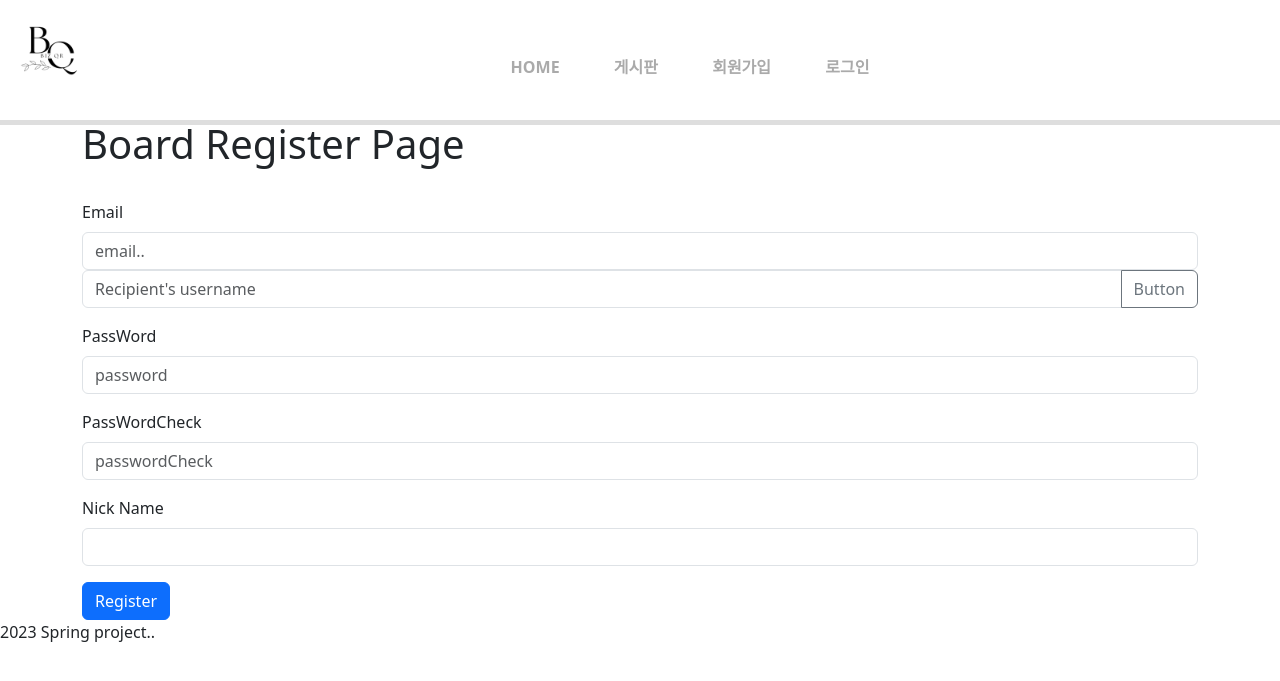
Repository: Skylee-1996/springSelf
Page: http://localhost/spring_test2/WEB-INF/views/member/register.jsp
These files come from the project's save history. The page is drawn as it stood at one moment and after the next save; the edit follows.
The browser window is 1280 px wide. The pictures show the whole page.
The page is served by Tomcat 9. Nobody is signed in. Other server files are loaded and not shown. The template is opened directly, without the code that normally fills it, so the values that code supplies are empty.

Above is the page before, as saved 2024-01-19 00:25:02.
Console error: TypeError: Cannot read properties of null (reading 'addEventListener')

### spring_test2/src/main/webapp/WEB-INF/views/member/register.jsp
<%@ page language="java" contentType="text/html; charset=UTF-8"
    pageEncoding="UTF-8"%>
<%@ taglib uri="http://java.sun.com/jsp/jstl/core" prefix="c"%>


<jsp:include page="../layout/header.jsp"></jsp:include>

	<!-- email, pwd, nick_name -->
<div class="container-md">
<h1>Board Register Page</h1>
<br>
<form action="/member/register" method="post" >
<div class=class="input-group mb-3">
  <label for="e" class="form-label">Email</label>
  <input type="email" class="form-control" name="email" id="e" placeholder="email.." required="required">
</div>
<div class="input-group mb-3">
  <input type="text" class="form-control" placeholder="Recipient's username" aria-label="Recipient's username" aria-describedby="button-addon2">
  <button class="btn btn-outline-secondary" type="button" id="button-addon2">Button</button>
</div>
<div class="mb-3">
  <label for="p" class="form-label">PassWord</label>
  <input type="password" class="form-control" name="pwd" id="p" placeholder="password" required="required">
</div>
<div class="mb-3">
  <label for="pc" class="form-label">PassWordCheck</label>
  <input type="password" class="form-control" name="pwdC" id="pc" placeholder="passwordCheck" required="required">
</div>

<div class="mb-3">
  <label for="n" class="form-label">Nick Name</label>
   <input type="text" class="form-control" name="nickName" id="n">
</div>

<button type="submit" class="btn btn-primary" id="regBtn">Register</button>

</form>
</div>
<jsp:include page="../layout/footer.jsp"></jsp:include>

### spring_test2/src/main/webapp/WEB-INF/views/layout/header.jsp
<%@ page language="java" contentType="text/html; charset=UTF-8"
	pageEncoding="UTF-8"%>
<%@ taglib uri="http://java.sun.com/jsp/jstl/core" prefix="c"%>
<%@ taglib uri="http://www.springframework.org/security/tags"
	prefix="sec"%>
<!DOCTYPE html>
<html>
<head>
<meta charset="UTF-8">
<title>Insert title here</title>
<link rel="stylesheet" href="/resources/css/reset.css">
<link rel="stylesheet" href="/resources/css/nav.css">
<link href="https://cdn.jsdelivr.net/npm/bootstrap@5.3.1/dist/css/bootstrap.min.css" rel="stylesheet" integrity="sha384-4bw+/aepP/YC94hEpVNVgiZdgIC5+VKNBQNGCHeKRQN+PtmoHDEXuppvnDJzQIu9" crossorigin="anonymous">
<link
	href='https://fonts.googleapis.com/css?family=Roboto:500,900,100,300,700,400'
	rel='stylesheet' type='text/css'>
</head>
<body>

	<nav class="stroke">
	<a class="logo" href="/"><img src="/resources/image/logo.png" alt=""/></a>
		<ul>
			<li><a href="/">Home</a></li>
			<li><a href="/board/list">게시판</a></li>
			<sec:authorize access="isAuthenticated()">
				<sec:authentication property="principal.mvo.email" var="authEmail" />
				<sec:authentication property="principal.mvo.nickName" var="authNick" />
				<sec:authentication property="principal.mvo.authList" var="auths" />


				<c:choose>
					<c:when
						test="${auths.stream().anyMatch(authVO -> authVO.auth.equals('ROLE_ADMIN')).get() }">
						<li><a href="/member/list">회원리스트
								${authNick}(${authEmail}/ADMIN)</a></li>
					</c:when>
					<c:otherwise>
						<li><a href="/member/modify">회원정보
								수정${authNick}(${authEmail})</a></li>
					</c:otherwise>
				</c:choose>


				<li><a href="/member/logout" id="logoutLink">로그아웃</a></li>
				<li><a href="/board/register">게시판 글쓰기</a></li>
				<form action="/member/logout" method="post" id="logoutForm">
					<!--인증 된 이메일  -->
					<input type="hidden" name="email" value="${authEmail}">
				</form>

			</sec:authorize>

			<sec:authorize access="isAnonymous()">
				<li><a href="/member/register">회원가입</a></li>

				<li><a href="/member/login">로그인</a></li>
			</sec:authorize>
		</ul>
	</nav>



	<script type="text/javascript">

document.getElementById('logoutLink').addEventListener('click',(e)=>{
    e.preventDefault();
    document.getElementById('logoutForm').submit();
});
</script>

### spring_test2/src/main/webapp/WEB-INF/views/layout/footer.jsp
<%@ page language="java" contentType="text/html; charset=UTF-8"
    pageEncoding="UTF-8"%>



<div>
	2023 Spring project..
</div>

 <script src="https://cdn.jsdelivr.net/npm/bootstrap@5.3.1/dist/js/bootstrap.bundle.min.js" integrity="sha384-HwwvtgBNo3bZJJLYd8oVXjrBZt8cqVSpeBNS5n7C8IVInixGAoxmnlMuBnhbgrkm" crossorigin="anonymous"></script>
</body>
</html>

### spring_test2/src/main/webapp/resources/css/nav.css

/* NAVIGATION */
nav {
  width: 100%;
  margin: 0 auto;
  background: #fff;
  padding: 0px 0px 20px 0px;
  box-shadow: 0px 5px 0px #dedede;
  display: inline-block;
}
.logo{
	float: left;
}
nav a img{
  width: 100px;
  height: 100px;
}

/* By Dominik Biedebach @domobch */
nav ul {
  list-style: none;
  text-align: center;
  align-items: center;
  margin: 40px 0px 0px 0px;
}
nav ul li {
  display: inline-block;
}
nav ul li a {
  display: block;
  padding: 15px;
  text-decoration: none;
  color: #aaa;
  font-weight: 800;
  text-transform: uppercase;
  margin: 0 10px;
}
nav ul li a,
nav ul li a:after,
nav ul li a:before {
  transition: all .5s;
}
nav ul li a:hover {
  color: #555;
}

/* By Dominik Biedebach @domobch */


/* stroke */
nav.stroke ul li a,
nav.fill ul li a {
  position: relative;
}
nav.stroke ul li a:after,
nav.fill ul li a:after {
  position: absolute;
  bottom: 0;
  left: 0;
  right: 0;
  margin: auto;
  width: 0%;
  content: '.';
  color: transparent;
  background: #333;
  height: 1px;
}
nav.stroke ul li a:hover:after {
  width: 100%;
}

nav.fill ul li a {
  transition: all 2s;
}
/* By Dominik Biedebach @domobch */

nav.fill ul li a:after {
  text-align: left;
  content: '.';
  margin: 0;
  opacity: 0;
}
nav.fill ul li a:hover {
  color: #023f1c;
  z-index: 1;
}
nav.fill ul li a:hover:after {
  z-index: -10;
  animation: fill 1s forwards;
  -webkit-animation: fill 1s forwards;
  -moz-animation: fill 1s forwards;
  opacity: 1;
}

/* Circle */
nav.circle ul li a {
  position: relative;
  overflow: hidden;
  z-index: 1;
}
/* By Dominik Biedebach @domobch */
nav.circle ul li a:after {
  display: block;
  position: absolute;
  margin: 0;
  top: 0;
  bottom: 0;
  left: 0;
  right: 0;
  content: '.';
  color: transparent;
  width: 1px;
  height: 1px;
  border-radius: 50%;
  background: transparent;
}
nav.circle ul li a:hover:after {
  -webkit-animation: circle 1.5s ease-in forwards;
}

/* SHIFT */
nav.shift ul li a {
  position:relative;
  z-index: 1;
}
nav.shift ul li a:hover {
  color: #91640F;
}
nav.shift ul li a:after {
  display: block;
  position: absolute;
  top: 0;
  left: 0;
  bottom: 0;
  right: 0;
  margin: auto;
  width: 100%;
  height: 1px;
  content: '.';
  color: transparent;
  background: #F1C40F;
  visibility: none;
  opacity: 0;
  z-index: -1;
}
nav.shift ul li a:hover:after {
  opacity: 1;
  visibility: visible;
  height: 100%;
}

/* By Dominik Biedebach @domobch */

/* Blend */
nav.blend ul li a {
  position: relative;
  border-radius: 5px;
  overflow: hidden;
  z-index: 1;
}
nav.blend ul li a:hover {
  color: #fff;
}
nav.blend ul li a:before,
nav.blend ul li a:after {
  position: absolute;
  width: 0px;
  height: 100%;
  top: 0;
  bottom: 0;
  background: #D35400;
  transition: all .5s;
  margin: auto;
  content: '.';
  color: transparent;
  z-index: -1;
  opacity: 0.75;
}
nav.blend ul li a:before {
  left: 0;
}
nav.blend ul li a:after {
  right: 0;
}

nav.blend ul li a:hover:after,
nav.blend ul li a:hover:before {
  width: 100%;
}

/* DROWN */

nav.drown ul li a {
  position: relative;
  overflow: hidden;
  z-index: 1;
}

nav.drown ul li a:hover {
  color: #fff;
}

nav.drown ul li a:before {
  background: #fff;
  content: '.';
  color: transparent;
  position: absolute;
  width: 500%;
  top: 100px;
  right: 300px;
  height: 300px;
  z-index: -1;
}
nav.drown ul li a:hover:before {
  left: auto;
  bottom: auto;
  right: -50%;
  top: 0;
  background: #89C52B;
}



/* Keyframes */
@-webkit-keyframes fill {
  0% {
    width: 0%;
    height: 1px;
  }
  50% {
    width: 100%;
    height: 1px;
  }
  100% {
    width: 100%;
    height: 100%;
    background: #2ECC71;
  }
}

/* Keyframes */
@-webkit-keyframes circle {
  0% {
    width: 1px;
    top: 0;
    left: 0;
    bottom: 0;
    right: 0;
    margin: auto;
    height: 1px;
    z-index: -1;
    background: #eee;
    border-radius: 100%;
  }
  100% {
    background: #aaa;
    height: 5000%;
    width: 5000%;
    z-index: -1;
    top: 0;
    bottom: 0;
    left: 0;
    right: 0;
    margin: auto;
    border-radius: 0;
  }
}

/* By Dominik Biedebach @domobch */

Loaded but not shown: spring_test2/src/main/webapp/resources/css/reset.css (common file)

After the next save:
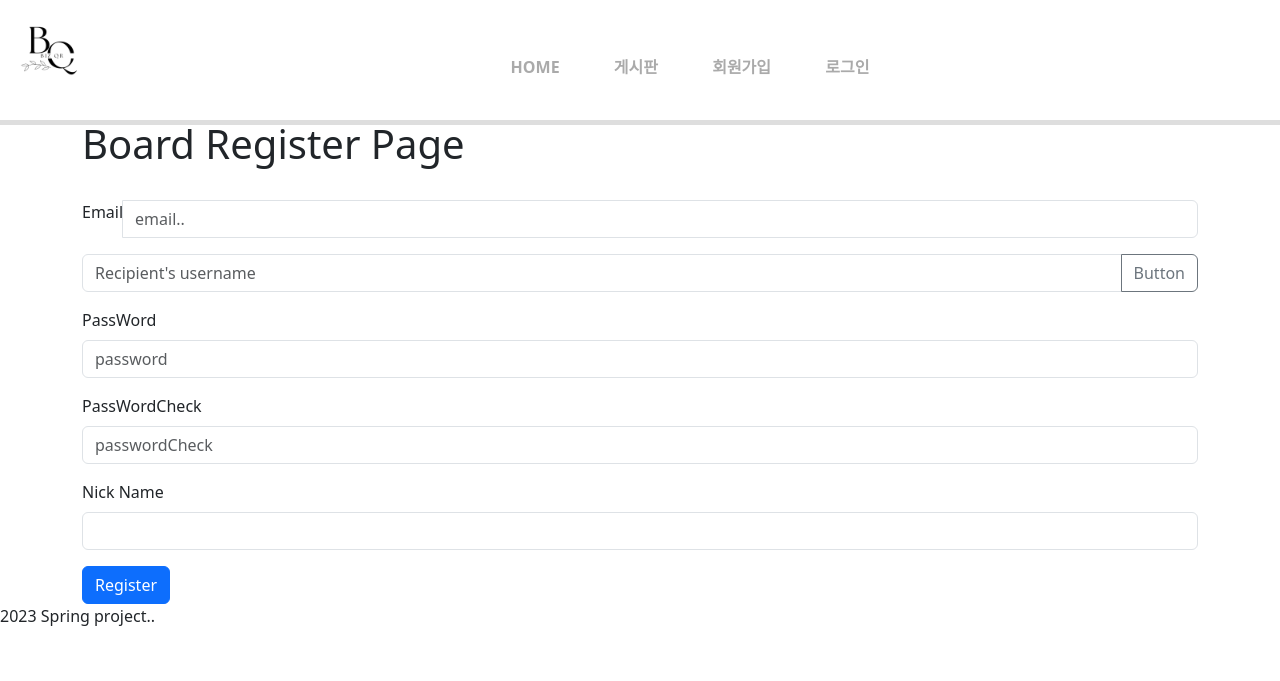
Saved 9 s later.
--- a/spring_test2/src/main/webapp/WEB-INF/views/member/register.jsp
+++ b/spring_test2/src/main/webapp/WEB-INF/views/member/register.jsp
@@ -10,7 +10,7 @@
 <h1>Board Register Page</h1>
 <br>
 <form action="/member/register" method="post" >
-<div class=class="input-group mb-3">
+<div class="input-group mb-3">
   <label for="e" class="form-label">Email</label>
   <input type="email" class="form-control" name="email" id="e" placeholder="email.." required="required">
 </div>
